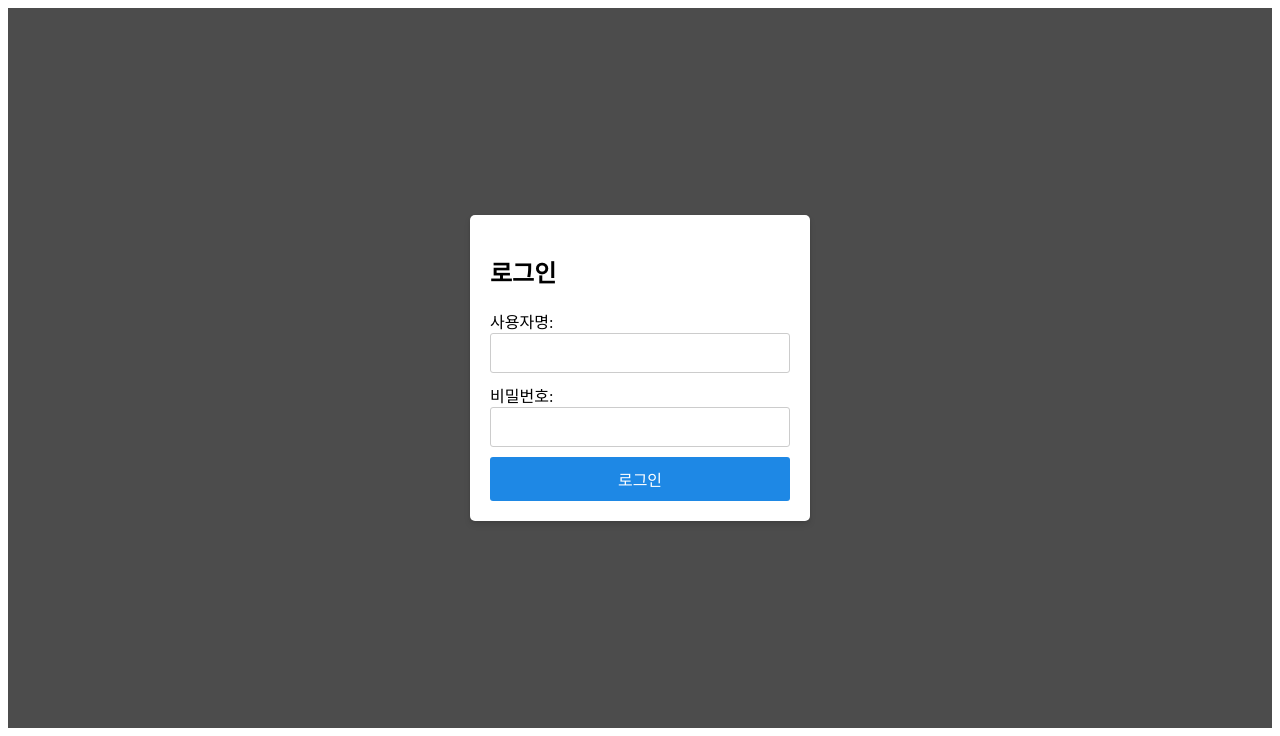
Repository: NewTurn2017/MyChome
Page: index.html
An editor plug-in stored every save of this project. The page is shown before and after the next save, followed by the edit.
The browser window is 1280 px wide. The pictures show the whole page.
The page's requests for data from a server got no answer.

Above is the page before, as saved 2023-04-17 20:50:44.
Console error: ReferenceError: validateUser is not defined

After the next save:
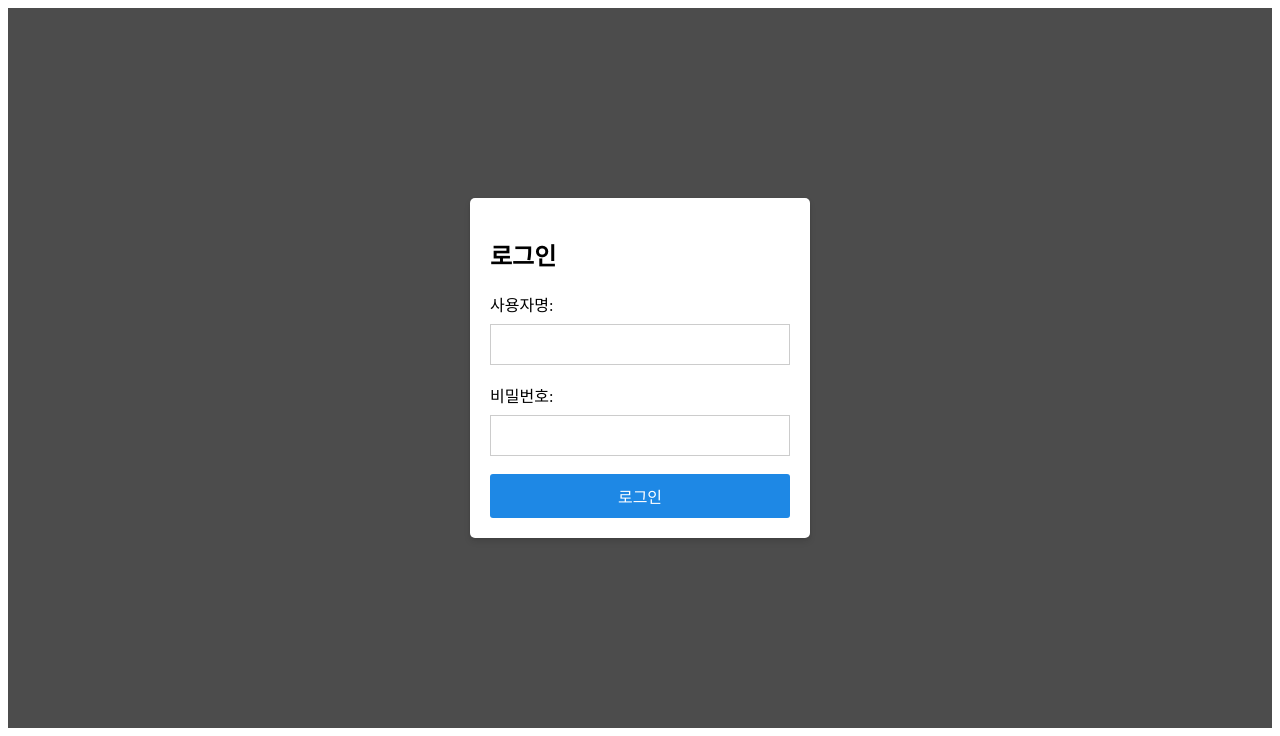
Saved 21 s later.
--- a/style.css
+++ b/style.css
@@ -67,10 +67,12 @@ h2 {
 
 input[type='text'],
 input[type='password'] {
-  padding: 10px;
-  font-size: 16px;
+  width: 100%;
+  padding: 12px 20px;
+  margin: 8px 0;
+  display: inline-block;
   border: 1px solid #ccc;
-  border-radius: 3px;
+  box-sizing: border-box;
 }
 
 button#loginBtn {
